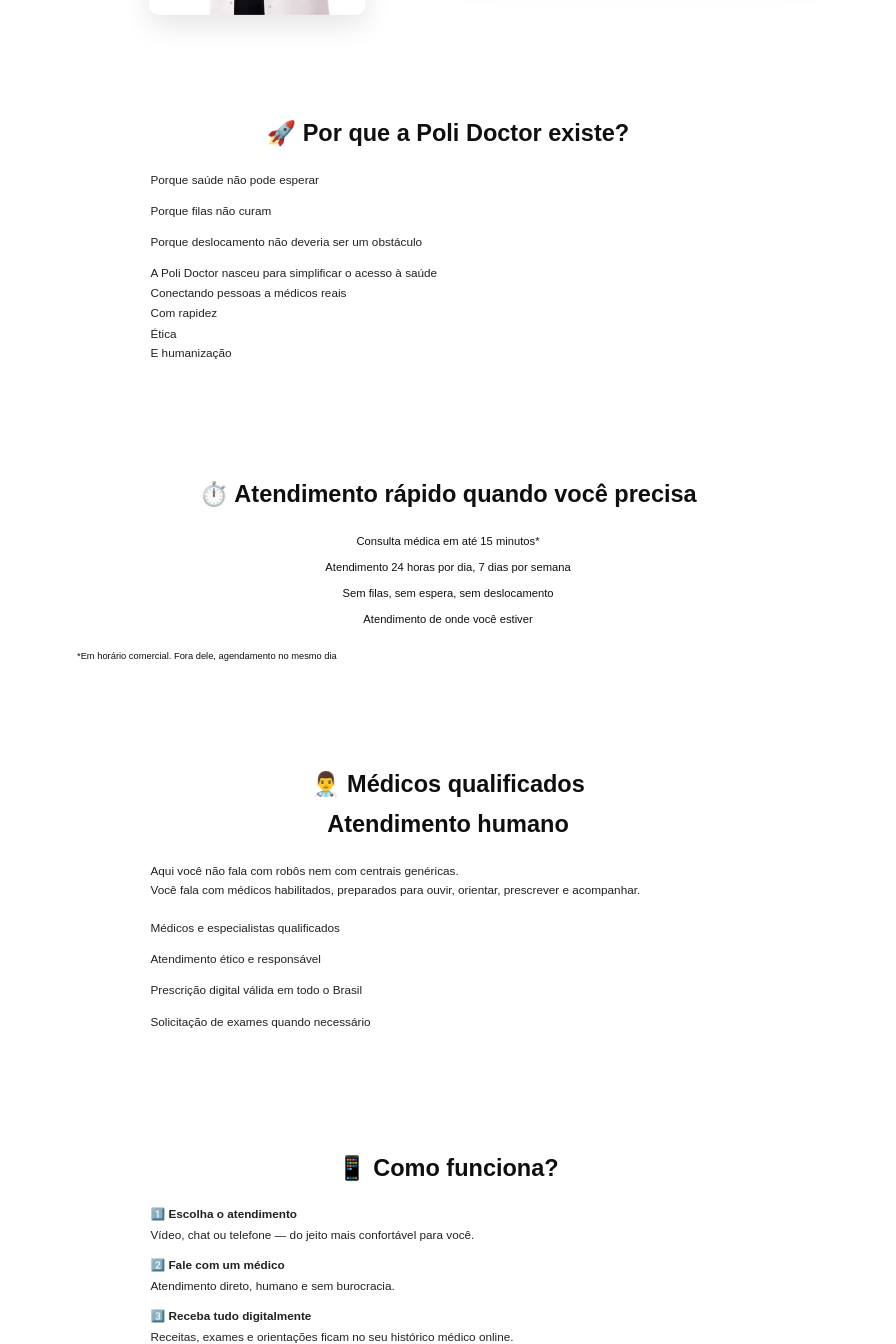
Repository: RenSkywalker/poli-doctor-landing
Page: index.html
These files come from the project's save history. The page is drawn as it stood at one moment and after the next save; the edit follows.
The browser window is 1280 px wide. The pictures show the part of the page from y = 1396 to 3316 px (the page is 9052 px tall), at 70% of full size.

Above is the page before, as saved 2026-01-15 15:55:24.

### index.html
<!DOCTYPE html>
<html lang="pt-BR">
<head>
  <meta charset="UTF-8">
  <title>Poli Doctor | Consulta médica de verdade</title>
  <meta name="viewport" content="width=device-width, initial-scale=1.0">
  <meta name="description" content="Consulta médica de verdade. Sem filas. Sem burocracia. Atendimento humano, rápido e seguro.">

  <link rel="icon" href="favicon.ico">
  <link rel="stylesheet" href="css/style.css">
</head>

<body>

<!-- HERO -->
<header class="hero">
  <div class="container">

    <img src="assets/images/logo-principal.png" alt="Poli Doctor" class="logo-topo">

    <h1>
  Consulta médica de verdade<br>
  Sem filas<br>
  Sem burocracia
</h1>

<p>
  Fale com um médico qualificado em minutos<br>
  Onde você estiver
</p>

<p>
  Atendimento online por vídeo, chat ou telefone<br>
  Prescrição digital<br>
  Pedidos de exames<br>
  Total segurança dos seus dados
</p>

    <p><strong>👉 Comece agora e cuide da sua saúde com quem realmente cuida</strong></p>

    <div class="hero-buttons">
      <a href="#planos" class="btn primary">Comece agora</a>
      <a href="#como-funciona" class="btn outline">Como funciona</a>
    </div>

  </div>
</header>

<section class="imagem-destaque">
  <div class="container imagem-grid">
  <img src="assets/images/medico-consulta.png" alt="Consulta médica online" class="img-medico">
  <img src="assets/images/telemedicina.png" alt="Telemedicina humanizada" class="img-telemedicina">
</div>
</section>


<!-- POR QUE EXISTE -->
<section>
  <div class="container">
    <h2>🚀 Por que a Poli Doctor existe?</h2>

    <p>Porque saúde não pode esperar</p>
    <p>Porque filas não curam</p>
    <p>Porque deslocamento não deveria ser um obstáculo</p>

    <p>
  A Poli Doctor nasceu para simplificar o acesso à saúde<br>
  Conectando pessoas a médicos reais<br>
  Com rapidez<br>
  Ética<br>
  E humanização</p>
  </div>
</section>

<!-- ATENDIMENTO RÁPIDO -->
<section class="beneficios">
  <div class="container">
    <h2>⏱️ Atendimento rápido quando você precisa</h2>

    <ul>
      <li>Consulta médica em até 15 minutos*</li>
      <li>Atendimento 24 horas por dia, 7 dias por semana</li>
      <li>Sem filas, sem espera, sem deslocamento</li>
      <li>Atendimento de onde você estiver</li>
    </ul>

    <small>*Em horário comercial. Fora dele, agendamento no mesmo dia</small>
  </div>
</section>

<!-- MÉDICOS -->
<section>
  <div class="container">
    <h2>👨‍⚕️ Médicos qualificados<br>
       Atendimento humano
    </h2>

    <p>
      Aqui você não fala com robôs nem com centrais genéricas.<br>
      Você fala com médicos habilitados, preparados para ouvir,
      orientar, prescrever e acompanhar.
    </p>

    <ul>
      <p>Médicos e especialistas qualificados</p>
      <p>Atendimento ético e responsável</p>
      <p>Prescrição digital válida em todo o Brasil</p>
      <p>Solicitação de exames quando necessário</p>
    </ul>
  </div>
</section>

<!-- COMO FUNCIONA -->
<section id="como-funciona">
  <div class="container">
    <h2>📱 Como funciona?</h2>

    <p><strong>1️⃣ Escolha o atendimento</strong><br>
      Vídeo, chat ou telefone — do jeito mais confortável para você.
    </p>

    <p><strong>2️⃣ Fale com um médico</strong><br>
      Atendimento direto, humano e sem burocracia.
    </p>

    <p><strong>3️⃣ Receba tudo digitalmente</strong><br>
      Receitas, exames e orientações ficam no seu histórico médico online.
    </p>

    <p><strong>Simples. Seguro. E eficiente.</strong></p>
  </div>
</section>

<!-- SEGURANÇA -->
<section class="seguranca">
  <div class="container">
    <h2>🔒 Segurança, privacidade e confiança</h2>

    <p>Sua saúde é coisa séria — e seus dados também.</p>

    <ul>
      <li>✔ Plataforma em conformidade com a LGPD</li>
      <li>✔ Sigilo médico garantido</li>
      <li>✔ Prontuário digital protegido</li>
      <li>✔ Ambiente seguro e criptografado</li>
    </ul>

    <p>Transparência e confiança em cada etapa do atendimento.</p>
  </div>
</section>

<section class="imagem-contexto">
  <div class="container imagem-contexto-grid">
    <div>
      <h2>Saúde moderna, simples e acessível</h2>
      <p>
        Atendimento médico online com profissionais qualificados,
        tecnologia segura e cuidado humano — sem filas, sem burocracia.
      </p>
    </div>

    <img src="assets/images/equipe-medica.png" alt="Equipe médica qualificada">
  </div>
</section>

<!-- PLANOS -->
<section id="planos" class="planos">
  <div class="container">
    <h2>💰 Planos Poli Doctor</h2>

    <p><strong>Saúde acessível hoje<br>
       Economia real todos os meses</strong></p>

    <p>
      <strong>⚠️ Oferta especial por tempo limitado</strong><br>
      Os valores abaixo são promocionais.<br>
      Após o encerramento da campanha, os planos terão reajuste médio de 35%.
    </p>

    <!-- PLANO INDIVIDUAL -->
    <div class="plano destaque">
      <h3>🩺 Plano Individual</h3>
      <p>Ideal para quem quer praticidade e segurança no dia a dia</p>

      <p class="preco">
  💥 R$ 39,90 / mês<br>
  <span class="preco-antigo">De R$ 53,90 / mês</span>
</p>
      <ul>
        <li>✔ Consultas médicas online 24/7</li>
        <li>✔ Atendimento por vídeo, chat ou telefone</li>
        <li>✔ Prescrição digital válida</li>
        <li>✔ Sem filas e sem deslocamento</li>
      </ul>

      <p><strong>👉 Economia mensal: R$ 14,00</strong></p>

      <a href="#" class="btn primary">Assinar agora</a>
    </div>

    <!-- PLANO PSICOLOGIA -->
    <div class="plano destaque">
      <h3>🧠 Plano Psicologia</h3>
      <p>Cuidado emocional com profissionais qualificados</p>

      <p class="preco">
  💥 R$ 99,90 / mês<br>
  <span class="preco-antigo">Valor promocional</span>
</p>


      <ul>
        <li>✔ Sessões com psicólogos qualificados</li>
        <li>✔ Atendimento por vídeo</li>
        <li>✔ Acompanhamento humanizado</li>
      </ul>

      <p><strong>👉 Saúde mental com preço acessível</strong></p>

      <a href="#" class="btn primary">Assinar Psicologia</a>
    </div>

    <!-- PLANO PREMIUM -->
    <div class="plano destaque">
      <h3>⭐ Plano Premium</h3>
      <p>Cuidado contínuo, acompanhamento e prioridade</p>

      <p class="preco">
  💥 R$ 79,90 / mês<br>
  <span class="preco-antigo">De R$ 107,90 / mês</span>
</p>


      <ul>
        <li>✔ Consultas médicas ilimitadas</li>
        <li>✔ Atendimento prioritário</li>
        <li>✔ Acesso a especialistas sem custo adicional</li>
        <li>✔ Histórico médico digital completo</li>
        <li>✔ Acompanhamento contínuo</li>
      </ul>

      <p><strong>👉 Economia mensal: R$ 28,00</strong></p>

      <a href="#" class="btn primary">Quero o Premium</a>
    </div>

    <!-- PLANO FAMÍLIA -->
    <div class="plano destaque">
      <h3>👨‍👩‍👧 Plano Família</h3>
      <p>Mais saúde para quem cuida de todos</p>

      <p class="preco">
  💥 R$ 69,90 / mês (até 4 pessoas)<br>
  <span class="preco-antigo">De R$ R$ 94,90 / mês</span>
</p>


      <ul>
        <li>✔ Consultas ilimitadas para até 4 pessoas</li>
        <li>✔ Atendimento 24/7</li>
        <li>✔ Prescrição e pedidos de exames digitais</li>
        <li>✔ Mais economia e mais conveniência</li>
      </ul>

      <p><strong>👉 Economia mensal: R$ 25,00</strong></p>

      <a href="#" class="btn primary">Assinar plano família</a>
    </div>

    <!-- PLANO FAMÍLIA PREMIUM -->
    <div class="plano destaque">
      <h3>👑 Plano Família Premium</h3>
      <p>O cuidado completo para toda a família</p>

      <p class="preco">
  💥 R$ 119,90 / mês (até 4 pessoas)<br>
  <span class="preco-antigo">De R$ 161,90 / mês</span>
</p>

      <ul>
        <li>✔ Tudo do Plano Família</li>
        <li>✔ Atendimento prioritário</li>
        <li>✔ Especialistas incluídos</li>
        <li>✔ Histórico médico individual por membro</li>
        <li>✔ Cuidado integral e contínuo</li>
      </ul>

      <p><strong>👉 Economia mensal: R$ 42,00</strong></p>

      <a href="#" class="btn primary">Quero o plano completo</a>
    </div>

    <!-- TABELA COMPARATIVA -->
    <h3>📊 Comparação clara de valor</h3>

    <div class="tabela-wrapper">
    <table border="1" cellpadding="10" cellspacing="0" width="100%">
      <tr>
        <th>Plano</th>
        <th>Valor Promocional</th>
        <th>Valor Fora da Oferta</th>
        <th>Economia</th>
      </tr>
      <tr>
        <td>Individual</td>
        <td>R$ 39,90</td>
        <td>R$ 53,90</td>
        <td>R$ 14,00</td>
      </tr>
      <tr>
        <td>Psicologia</td>
        <td>R$ 99,90</td>
        <td>—</td>
        <td>—</td>
      </tr>
      <tr>
        <td>Premium</td>
        <td>R$ 79,90</td>
        <td>R$ 107,90</td>
        <td>R$ 28,00</td>
      </tr>
      <tr>
        <td>Família</td>
        <td>R$ 69,90</td>
        <td>R$ 94,90</td>
        <td>R$ 25,00</td>
      </tr>
      <tr>
        <td>Família Premium</td>
        <td>R$ 119,90</td>
        <td>R$ 161,90</td>
        <td>R$ 42,00</td>
      </tr>
    </table>
    </div>

    <p><strong>🔥 Atenção: condição por tempo limitado</strong><br>
      Ao encerrar esta campanha, os planos retornam ao valor regular com aumento médio de 35%.
    </p>

    <p><strong>👉 Garanta agora seu plano Poli Doctor e trave o valor promocional.</strong></p>

  </div>
</section>

<!-- CTA FINAL -->
<section class="cta-final">
  <div class="container">
    <h2>📣 Sua saúde não pode esperar.<br>Seu desconto também não.</h2>

    <a href="#planos" class="btn primary large">Assinar agora com desconto</a>

    <p>
      👉 Falar com um médico em minutos<br>
      👉 Travar o valor promocional hoje
    </p>
  </div>
</section>

<!-- FOOTER -->
<footer>
  <img src="assets/images/logo-principal.png" alt="Poli Doctor" class="logo-footer">

  <p>© 2026 Poli Doctor. Todos os direitos reservados. Desenvolvido por <a href="https://renancursi79.wixsite.com/infinitx" target="_blank">Infinitx</a></p>

  <a href="politica-de-privacidade.html">Política de Privacidade</a> |
  <a href="termos-de-uso.html">Termos de Uso</a>

  <small>Este serviço não substitui atendimento presencial em casos de emergência.</small>
</footer>

<script src="js/main.js"></script>
</body>
</html>

### css/style.css
html {
  scroll-behavior: smooth;
}

:root {
  --vermelho: #ff1a1a;
  --preto: #0f0f0f;
  --cinza-escuro: #1c1c1c;
  --cinza-claro: #fafafa;
  --branco: #ffffff;
}

/* RESET */
* {
  margin: 0;
  padding: 0;
  box-sizing: border-box;
  font-family: Arial, Helvetica, sans-serif;
}

body {
  background: var(--branco);
  color: var(--preto);
  line-height: 1.7;
  position: relative;
}

/* MARCA D'ÁGUA */
body::before {
  content: "";
  position: fixed;
  inset: 0;
  background: url("../assets/images/marca-dagua.png") no-repeat center;
  background-size: 600px;
  opacity: 0.03;
  pointer-events: none;
}

/* CONTAINER */
.container {
  max-width: 1100px;
  margin: auto;
  padding: 70px 20px;
}

section p {
  color: #222;
}

/* ================= HERO ================= */
.hero {
  background: var(--preto);
  color: var(--branco);
  text-align: center;
  position: relative;
}

.logo-topo {
  max-width: 240px;
  margin-bottom: 35px;
}

.hero h1 {
  font-size: 2.7rem;
  margin-bottom: 20px;
}

.hero p {
  max-width: 820px;
  margin: 0 auto 20px;
  font-size: 1.1rem;
  line-height: 1.8;
}

/* BOTÕES */
.hero-buttons {
  display: flex;
  justify-content: center;
  gap: 18px;
  margin-top: 35px;
}

.btn {
  padding: 15px 30px;
  border-radius: 8px;
  font-weight: bold;
  text-decoration: none;
  transition: 0.3s;
  margin-top: 20px;
}

.primary {
  background: var(--vermelho);
  color: var(--branco);
}

.primary:hover {
  transform: translateY(-2px);
  opacity: 0.9;
}

.outline {
  border: 2px solid var(--branco);
  color: var(--branco);
}

.imagem-destaque {
  background: #ffffff;
}

.imagem-grid {
  display: grid;
  grid-template-columns: repeat(auto-fit, minmax(280px, 1fr));
  gap: 30px;
  align-items: center;
}

.imagem-grid img {
  border-radius: 14px;
  box-shadow: 0 15px 40px rgba(0,0,0,0.1);
}

.img-medico {
  width: 60%;
  justify-self: center;
}

.img-telemedicina {
  width: 100%;
  justify-self: center;
}

/* ================= SEÇÕES GERAIS ================= */
section p {
  max-width: 850px;
  margin: 0 auto 16px;
  font-size: 1.05rem;
}

.text-destaque {
  font-size: 1.15rem;
  font-weight: bold;
  margin: 30px 0;
  text-align: center;
}

/* TÍTULOS */
h2 {
  text-align: center;
  margin-bottom: 25px;
  font-size: 2.1rem;
}

h3 {
  margin-bottom: 10px;
}

/* ================= BENEFÍCIOS ================= */
.beneficios {
  background: #ffffff;
  border-top: 1px solid #ffffff;
  border-bottom: 1px solid #ffffff;
}

.beneficios ul {
  list-style: none;
  text-align: center;
}

.beneficios li {
  margin-bottom: 10px;
  font-weight: 500;
}

/* ================= LISTAS ================= */
ul {
  margin: 25px 0;
  padding: 0;
}

li {
  margin-bottom: 8px;
}

/* ================= COMO FUNCIONA ================= */
.steps {
  display: flex;
  justify-content: space-around;
  gap: 30px;
}

.step {
  text-align: center;
}

.step span {
  background: var(--vermelho);
  color: var(--branco);
  width: 45px;
  height: 45px;
  display: inline-flex;
  align-items: center;
  justify-content: center;
  border-radius: 50%;
  margin-bottom: 10px;
  font-weight: bold;
}

/* ================= SEGURANÇA ================= */
.seguranca ul {
  list-style: none;
  text-align: center;
}

.seguranca li {
  margin-bottom: 10px;
}

.imagem-contexto {
  background: #ffffff;
  border-top: 1px solid #ffffff;
  border-bottom: 1px solid #ffffff;
}

.imagem-contexto-grid {
  display: grid;
  grid-template-columns: 1fr 1fr;
  gap: 40px;
  align-items: center;
}

.imagem-contexto img {
  width: 100%;
  border-radius: 14px;
  box-shadow: 0 15px 40px rgba(0,0,0,0.12);
}

/* ================= PLANOS ================= */
.plano {
  border: 2px solid var(--vermelho);
  border-radius: 14px;
  padding: 40px 30px;
  text-align: center;
  background: var(--branco);
  margin: 40px 0;
  transition: 0.3s;
}

.plano:hover {
  transform: translateY(-4px);
}

.plano.destaque {
  border: 2px solid var(--vermelho);
  box-shadow: 0 20px 45px rgba(255, 26, 26, 0.25);
}

.preco {
  font-size: 1.7rem;
  color: var(--vermelho);
  margin: 20px 0;
}

.plano ul {
  list-style: none;
  margin-bottom: 20px;
}

.plano .btn {
  width: 100%;
  margin-top: 30px;
}

.plano p {
  margin-bottom: 18px;
}


/* ================= TABELA ================= */
table {
  width: 100%;
  border-collapse: collapse;
  margin-top: 35px;
  font-size: 0.95rem;
}

table th {
  background: var(--preto);
  color: var(--branco);
  padding: 14px;
}

table td {
  padding: 14px;
  text-align: center;
  border-bottom: 1px solid #eee;
}

table tr:nth-child(even) {
  background: #fafafa;
}

table tr:hover {
  background: #f1f1f1;
}

/* ================= CTA FINAL ================= */
.cta-final {
  background: var(--preto);
  color: var(--branco);
  text-align: center;
}

.cta-final p {
  margin-top: 20px;
  font-size: 1.05rem;
}

.large {
  font-size: 1.2rem;
}

/* ================= FOOTER ================= */
footer {
  background: var(--cinza-escuro);
  color: var(--branco);
  text-align: center;
  padding: 50px 20px;
}

.logo-footer {
  max-width: 160px;
  margin-bottom: 15px;
}

footer a {
  color: var(--branco);
  margin: 0 5px;
  text-decoration: none;
}

footer small {
  display: block;
  margin-top: 12px;
  font-size: 0.85rem;
}

img {
  transition: transform 0.4s ease, box-shadow 0.4s ease;
}

img:hover {
  transform: scale(1.04);
  box-shadow: 0 20px 45px rgba(0, 0, 0, 0.18);
}

.tabela-wrapper {
  width: 100%;
  overflow-x: auto;
  -webkit-overflow-scrolling: touch;
  margin-top: 30px;
}

.tabela-wrapper table {
  min-width: 600px;
}


/* ================= MOBILE ================= */
@media (max-width: 768px) {
  .steps {
    flex-direction: column;
  }

  .hero h1 {
    font-size: 2rem;
  }

  .hero-buttons {
    flex-direction: column;
  }

  .imagem-contexto-grid {
    grid-template-columns: 1fr;
    text-align: center;
  }
}

### js/main.js
// JS simples apenas para evolução futura
console.log("Poli Doctor carregado com sucesso!");

After the next save:
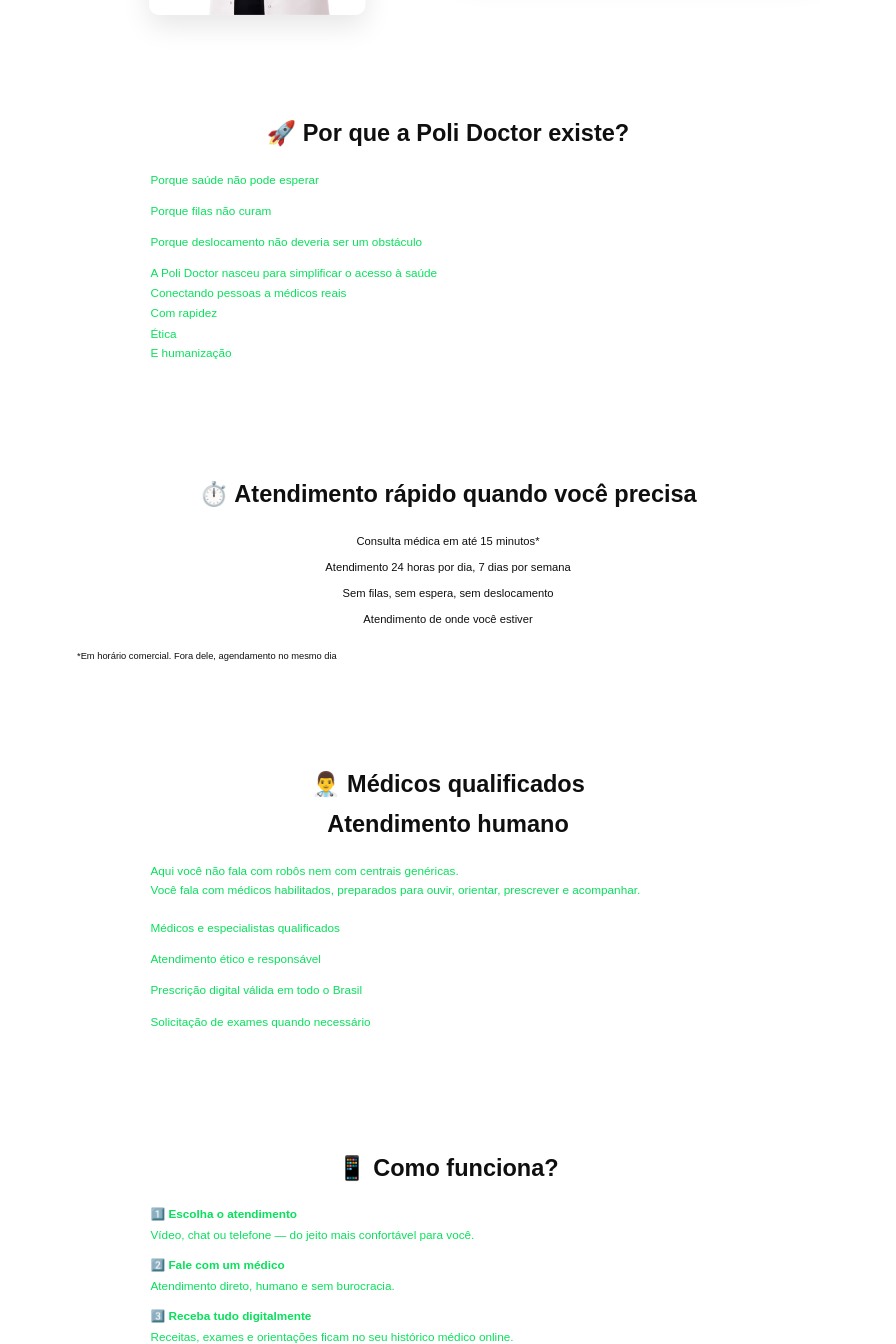
Saved 32 s later.
--- a/css/style.css
+++ b/css/style.css
@@ -44,7 +44,7 @@
 }
 
 section p {
-  color: #222;
+  color: #09e05c;
 }
 
 /* ================= HERO ================= */

After the save that followed:
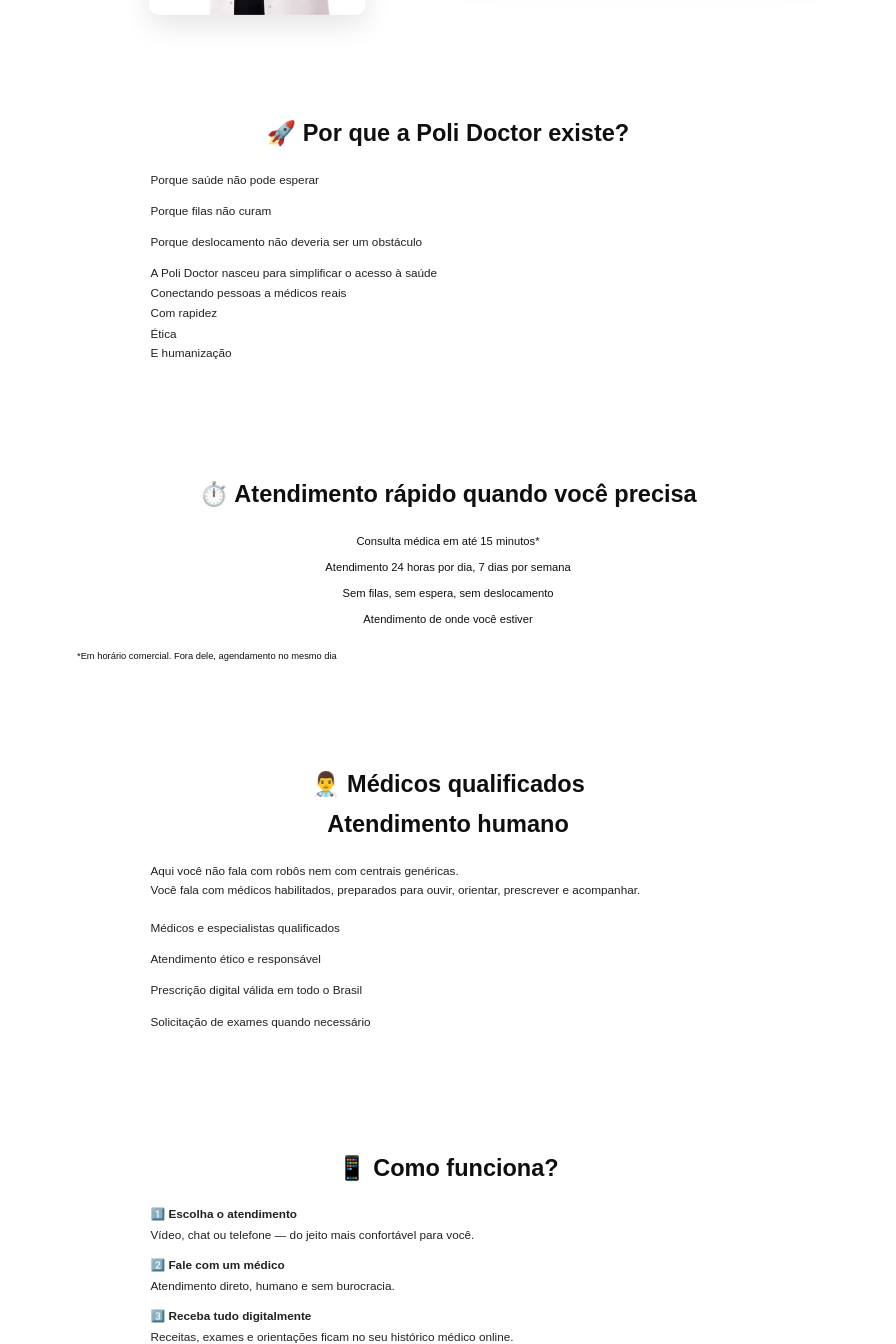
Saved 15 s later.
--- a/css/style.css
+++ b/css/style.css
@@ -44,7 +44,7 @@
 }
 
 section p {
-  color: #09e05c;
+  color: #222;
 }
 
 /* ================= HERO ================= */
